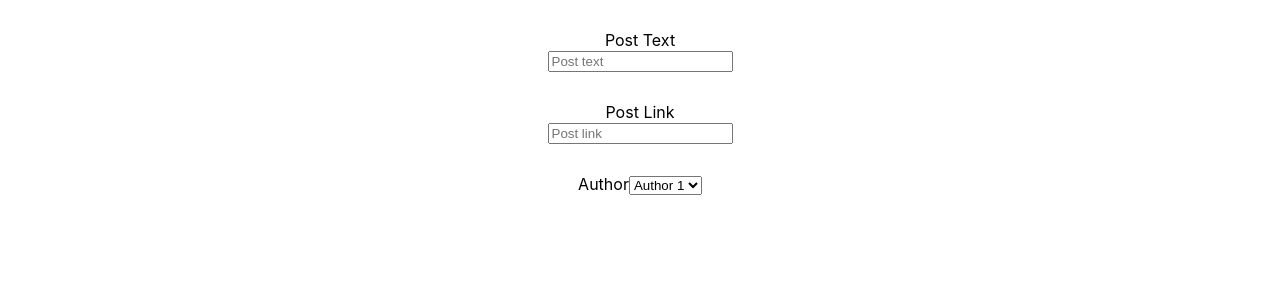
Repository: andbilous/cursor-redux
Page: /
An editor plug-in stored every save of this project. The page is shown before and after a run of saves, followed by the edit.
The browser window is 1280 px wide. The pictures show the whole page.
The project was rebuilt for these pictures with package versions that can differ from the ones it lists, and the page was loaded fresh each time.

Above is the page before, as saved 2020-04-25 13:07:36.

### src/App.js
import React from 'react';
import './App.css';
import { Provider } from 'react-redux';
import { store } from './redux/store';
import Form from './containers/Form';

function App() {
  return (
    <Provider store={store}>
    <div className="App">
      <Form/>
    </div>
    </Provider>
  );
}

export default App;

### src/redux/store.js
import { applyMiddleware, createStore } from 'redux';
import logger from 'redux-logger';

import { rootReducer } from './rootReducer';

const middleware = [logger];

export const store = createStore(rootReducer, applyMiddleware(...middleware));

### src/containers/Form.jsx
import React from 'react';
import { Col, Form, FormGroup, Label, Input,CustomInput } from 'reactstrap';

const FormContainer = () => {
  return (
    <Form>
    <FormGroup row style={style.row}>
      <Label for="exampleEmail" sm={2} size="lg">Post Text</Label>
      <Col sm={10}>
        <Input type="text" name="text" id="postText" placeholder="Post text" bsSize="lg" />
      </Col>
    </FormGroup>
    <FormGroup row style={style.row}>
      <Label for="exampleEmail2" sm={2}>Post Link</Label>
      <Col sm={10}>
      <Input type="text" name="link" id="postLink" placeholder="Post link" bsSize="lg" />
      </Col>
    </FormGroup>
    <FormGroup style={style.row}>
        <Label for="exampleCustomSelect">Author</Label>
        <CustomInput type="select" id="exampleCustomSelect" name="customSelect">
          <option>Author 1</option>
          <option>Author 2</option>
          <option>Author 3</option>
        </CustomInput>
      </FormGroup>
  </Form>)
}

const style={
  row:{
    marginTop: '30px'
  }
}

export default FormContainer;

### src/redux/rootReducer.js
import { combineReducers } from 'redux';
import postsReducer from './posts/reducer';

export const rootReducer = combineReducers({
  postsReducer
});

### src/redux/posts/reducer.js
import types from './types';
import { act } from 'react-dom/test-utils';

// <Post author={{
//   name: "Anakin skywalker",
//   photo: ANAKIN_IMAGE,
//   nickname: "@dart_vader"
// }}
// content="WTF? Who is Ray? Why she is Skywalker? Luke...?"
// image={RAY_IMAGE}
// date={"26 февр."}

const initialState = {
    posts:[
      {
        name:'Anakin skywalker1',
        photo: 'https://upload.wikimedia.org/wikipedia/en/thumb/7/74/Anakin-Jedi.jpg/220px-Anakin-Jedi.jpg',
        nickname: "@dart_vader1",
        content:"WTF? Who is Ray? Why she is Skywalker1? Luke...?",
        date:"22 февр.",
        image:'https://specials-images.forbesimg.com/imageserve/5e63b3c8e1e617000759130e/960x0.jpg?fit=scale'
      },
      {
        name:'Anakin skywalker2',
        photo: 'https://upload.wikimedia.org/wikipedia/en/thumb/7/74/Anakin-Jedi.jpg/220px-Anakin-Jedi.jpg',
        nickname: "@dart_vader2",
        content:"WTF? Who is Ray? Why she is Skywalker2? Luke...?",
        date:"13 февр.",
        image:'https://specials-images.forbesimg.com/imageserve/5e63b3c8e1e617000759130e/960x0.jpg?fit=scale'
      },
      {
        name:'Anakin skywalker3',
        photo: 'https://upload.wikimedia.org/wikipedia/en/thumb/7/74/Anakin-Jedi.jpg/220px-Anakin-Jedi.jpg',
        nickname: "@dart_vader3",
        content:"WTF? Who is Ray? Why she is Skywalker3? Luke...?",
        date:"26 февр.",
        image:'https://specials-images.forbesimg.com/imageserve/5e63b3c8e1e617000759130e/960x0.jpg?fit=scale'
      },
    ]
}

const postsReducer = (state = initialState, action) => {
  switch (action.type) {
    case types.ADD_POST:
      return {
        ...state,
        posts: [...state.posts,action.payload]
      };
    default:
      return state;
  }
};

export default postsReducer;

### src/redux/posts/types.js
 const types={
  ADD_POST:'ADD_POST'
}

export default types

Loaded but not shown: public/index.html (common file); src/index.js (common file); src/index.css (common file); src/serviceWorker.js (common file); src/App.css (common file)

After the next 5 saves:
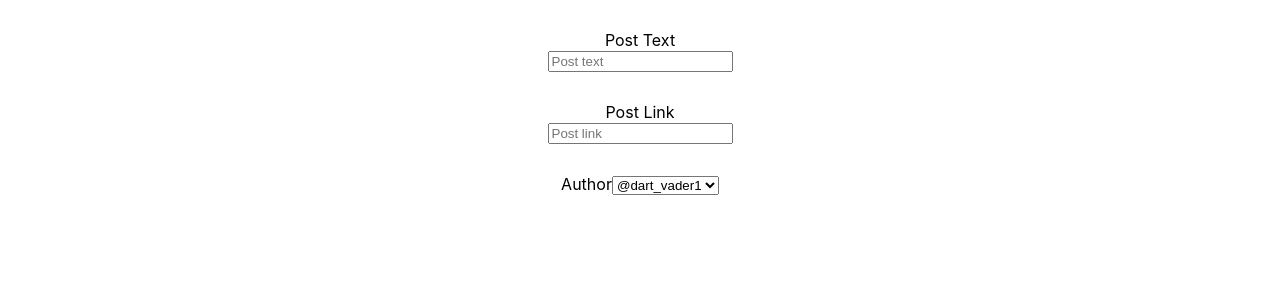
The 5 saves are shown as one change because they came seconds apart.
The last was saved 50 s later.
--- a/src/containers/Form.jsx
+++ b/src/containers/Form.jsx
@@ -19,9 +19,9 @@ const FormContainer = () => {
     <FormGroup style={style.row}>
         <Label for="exampleCustomSelect">Author</Label>
         <CustomInput type="select" id="exampleCustomSelect" name="customSelect">
-          <option>Author 1</option>
-          <option>Author 2</option>
-          <option>Author 3</option>
+          <option>@dart_vader1</option>
+          <option>@dart_vader2</option>
+          <option>@dart_vader3</option>
         </CustomInput>
       </FormGroup>
   </Form>)
